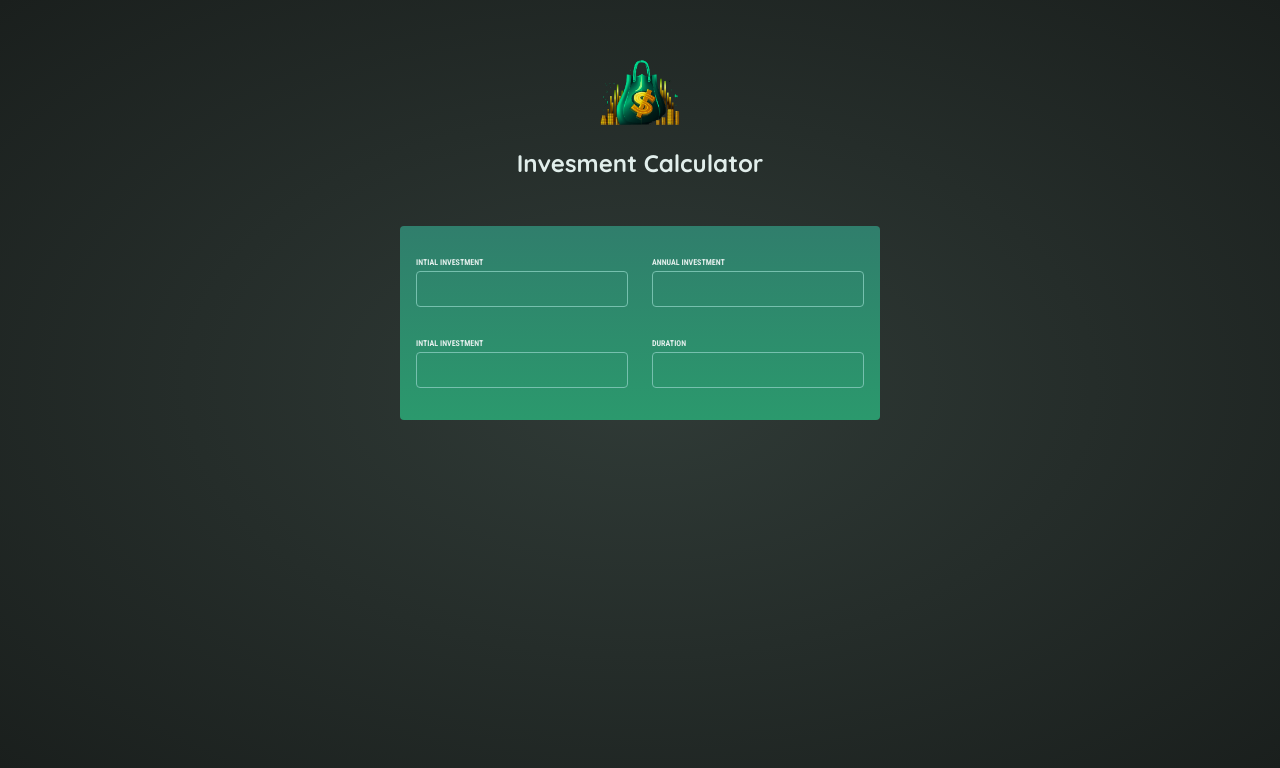
Repository: sibi24sibi/investment-calculator
Page: /
The author's editor kept a copy of each file at every save. The page is drawn from the files as they stood at one save, then again after the next save.
The browser window is 1280 px wide. The pictures show the whole page.
The project was rebuilt for these pictures with package versions that can differ from the ones it lists, and the page was loaded fresh each time. Also part of the build but not shown: vite.config.js.

Above is the page before, as saved 2024-05-26 12:03:53.

After the next save:
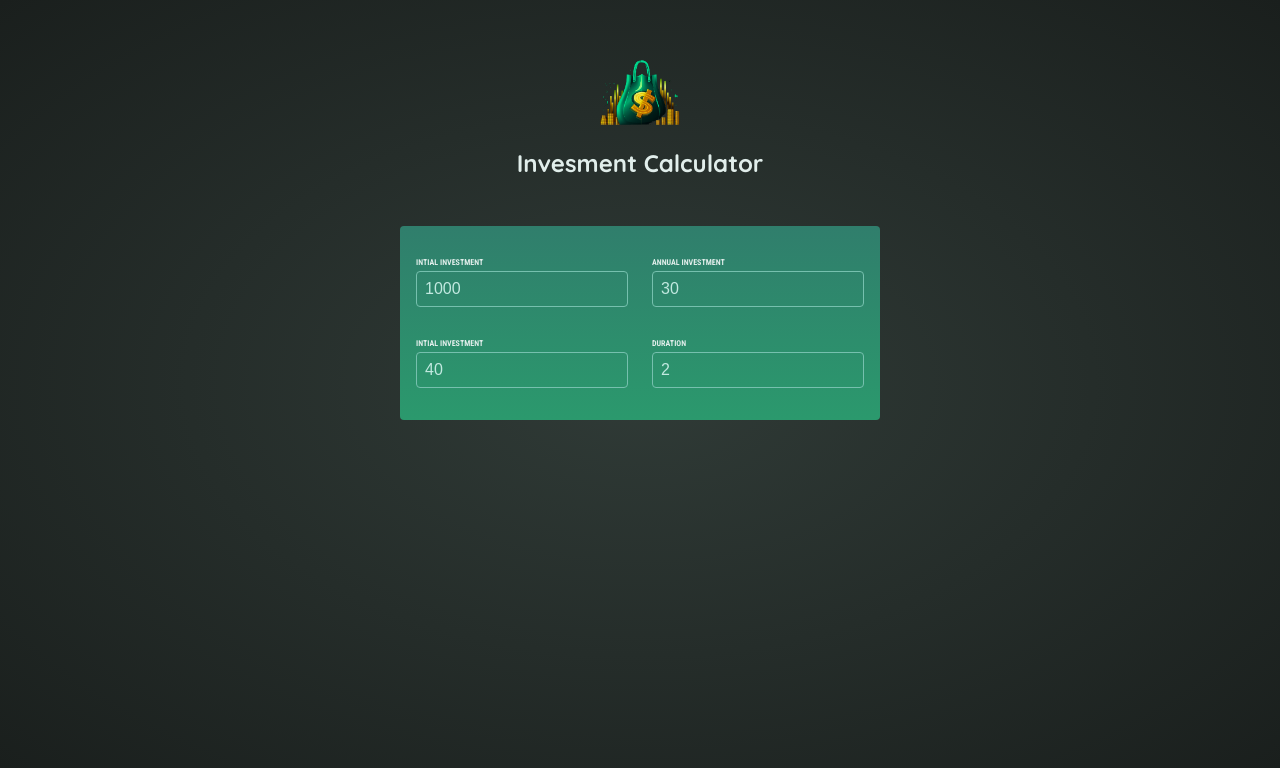
Saved 5 s later.
--- a/src/components/Inputs.jsx
+++ b/src/components/Inputs.jsx
@@ -1,6 +1,4 @@
-export default function userInput({handleChange }) {
-
-
+export default function userInput({ handleChange, userInput }) {
   return (
     <section id="user-input">
       <div className="input-group">
